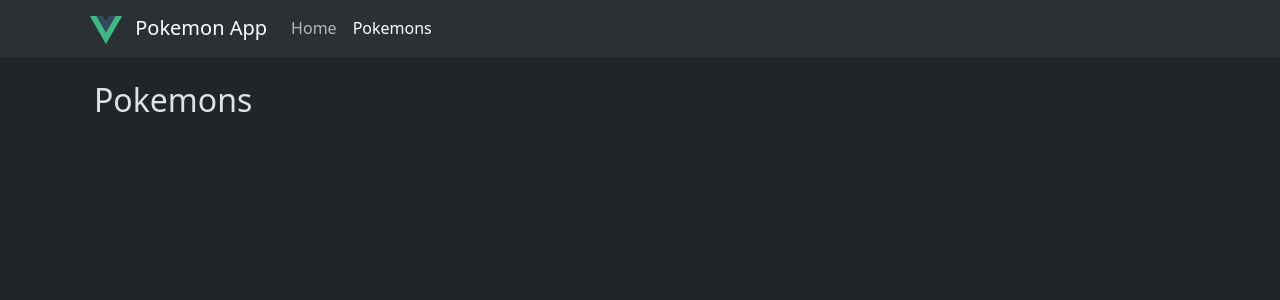
Repository: jjdevzinho/curso-vue-pinia-com-ts-poke-api
Page: /pokemons
An editor plug-in stored every save of this project. The page is shown before and after the next save, followed by the edit.
The browser window is 1280 px wide. The pictures show the whole page.
The page's requests for data from a server got no answer. The project was rebuilt for these pictures with package versions that can differ from the ones it lists, and the page was loaded fresh each time. No one was signed in, and anything a server would have sent is missing. Also part of the build but not shown: vite.config.ts, src/views/HomeView.vue.

Above is the page before, as saved 2024-10-13 20:33:00.

### index.html
<!doctype html>
<html lang="en" data-bs-theme="dark">
  <head>
    <meta charset="UTF-8" />
    <link rel="icon" href="/favicon.ico" />
    <meta name="viewport" content="width=device-width, initial-scale=1.0" />
    <title>Vite App</title>
    <link
      href="https://cdn.jsdelivr.net/npm/bootstrap@5.3.3/dist/css/bootstrap.min.css"
      rel="stylesheet"
      integrity="sha384-QWTKZyjpPEjISv5WaRU9OFeRpok6YctnYmDr5pNlyT2bRjXh0JMhjY6hW+ALEwIH"
      crossorigin="anonymous"
    />
  </head>
  <body>
    <div id="app"></div>
    <script type="module" src="/src/main.ts"></script>
  </body>
</html>

### src/App.vue
<script setup lang="ts">
import { RouterLink, RouterView } from 'vue-router'
</script>

<template>
  <header>
    <nav class="navbar navbar-expand-lg bg-body-tertiary">
      <div class="container">
        <RouterLink to="/" class="navbar-brand" exact>
          <img
            alt="Vue logo"
            class="logo"
            src="@/assets/logo.svg"
            width="48"
            height="28"
          />
          Pokemon App
        </RouterLink>
        <button
          class="navbar-toggler"
          type="button"
          data-bs-toggle="collapse"
          data-bs-target="#navbarNav"
          aria-controls="navbarNav"
          aria-expanded="false"
          aria-label="Toggle navigation"
        >
          <span class="navbar-toggler-icon"></span>
        </button>
        <div class="collapse navbar-collapse" id="navbarNav">
          <ul class="navbar-nav">
            <li class="nav-item">
              <RouterLink to="/" exact class="nav-link">Home</RouterLink>
            </li>
            <li class="nav-item">
              <RouterLink to="/pokemons" class="nav-link">Pokemons</RouterLink>
            </li>
          </ul>
        </div>
      </div>
    </nav>
  </header>
  <main class="container p-4">
    <RouterView />
  </main>
</template>

### src/router/index.ts
import { createRouter, createWebHistory } from 'vue-router'
import HomeView from '../views/HomeView.vue'

const router = createRouter({
  history: createWebHistory(import.meta.env.BASE_URL),
  linkActiveClass: 'active',
  routes: [
    {
      path: '/',
      name: 'home',
      component: HomeView,
    },
    {
      path: '/about',
      name: 'about',
      component: () => import('../views/AboutView.vue'),
    },
    {
      path: '/pokemons',
      name: 'about',
      component: () => import('../views/PokemonListView.vue'),
    },
    {
      path: '/pokemons/:name',
      name: 'pokemon',
      component: () => import('../views/PokemonView.vue'),
    },
    {
      path: '/:pathMatch(.*)*',
      name: 'not-found',
      component: () => import('../views/NotFoundView.vue'),
    },
  ],
})

export default router

### src/views/PokemonListView.vue
<script setup lang="ts">
import axios from 'axios'
import { ref } from 'vue'

interface Pokemon {
  name: string
  url: string
}

const pokemons = ref<Pokemon[]>([])

const getData = async () => {
  try {
    const { data } = await axios.get('https://pokeapi.co/api/v2/pokemon')
    pokemons.value = data.results as Pokemon[]
  } catch (error) {
    console.error(error)
  }
}

getData()
</script>

<template>
  <h2>Pokemons</h2>
  <ul class="">
    <li v-for="pokemon in pokemons" :key="pokemon.name">
      <RouterLink :to="`/pokemons/${pokemon.name}`">
        {{ pokemon.name }}
      </RouterLink>
    </li>
  </ul>
</template>

### src/composables/getData.ts
import axios from 'axios'
import { ref } from 'vue'

interface Pokemon {
  name: string
  url: string
}

const pokemons = ref<Pokemon[]>([])

export const useGetData = () => {
  const data = ref<Pokemon[]>([])
  const loading = ref<boolean>(false)
  const getData = async (url: string) => {
    try {
      const { data } = await axios.get(url)
      pokemons.value = data.results as Pokemon[]
    } catch (error) {
      console.error(error)
    }
  }

  return { data, loading, getData }
}

Loaded but not shown: src/main.ts (common file)

After the next save:
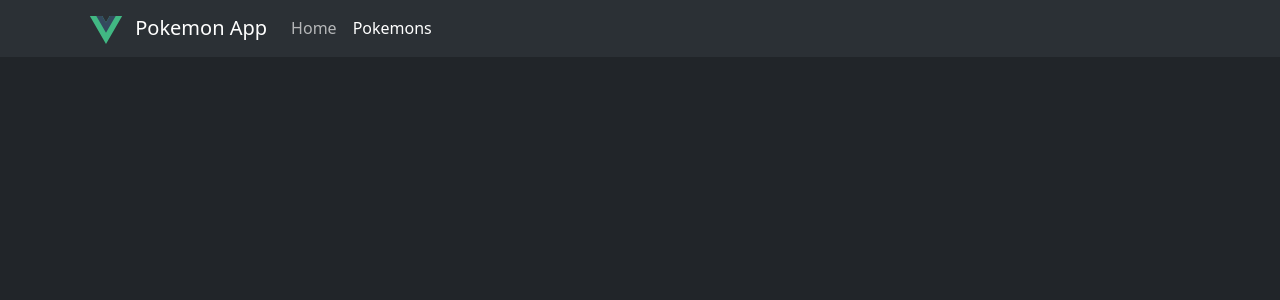
Console error: ReferenceError: getData is not defined
Saved 112 s later.
--- a/src/views/PokemonListView.vue
+++ b/src/views/PokemonListView.vue
@@ -1,22 +1,21 @@
 <script setup lang="ts">
-import axios from 'axios'
-import { ref } from 'vue'
+import { data } from '@Composables/getData.ts'
 
-interface Pokemon {
-  name: string
-  url: string
-}
+// interface Pokemon {
+//   name: string
+//   url: string
+// }
 
-const pokemons = ref<Pokemon[]>([])
+// const pokemons = ref<Pokemon[]>([])
 
-const getData = async () => {
-  try {
-    const { data } = await axios.get('https://pokeapi.co/api/v2/pokemon')
-    pokemons.value = data.results as Pokemon[]
-  } catch (error) {
-    console.error(error)
-  }
-}
+// const getData = async () => {
+//   try {
+//     const { data } = await axios.get('https://pokeapi.co/api/v2/pokemon')
+//     pokemons.value = data.results as Pokemon[]
+//   } catch (error) {
+//     console.error(error)
+//   }
+// }
 
 getData()
 </script>

After the save that followed:
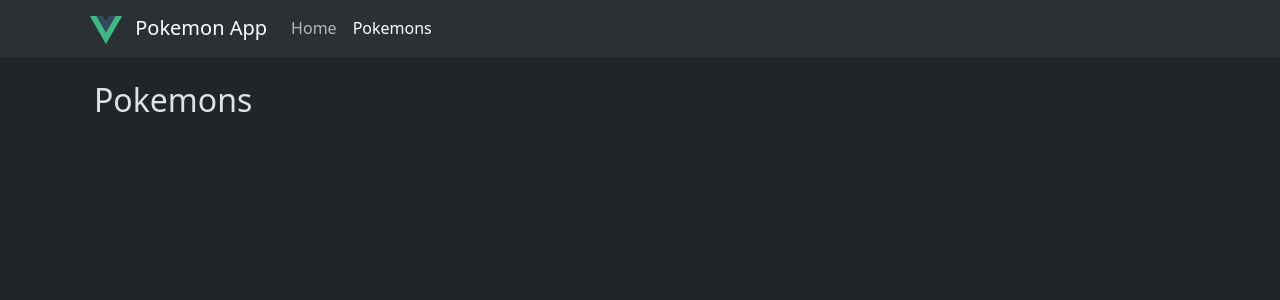
The error is gone.
Saved 5 min 52 s later.
--- a/src/views/PokemonListView.vue
+++ b/src/views/PokemonListView.vue
@@ -1,32 +1,21 @@
 <script setup lang="ts">
-import { data } from '@Composables/getData.ts'
+import { useGetData } from '@/composables/getData'
 
-// interface Pokemon {
-//   name: string
-//   url: string
-// }
+const { data, getData, loading } = useGetData()
 
-// const pokemons = ref<Pokemon[]>([])
-
-// const getData = async () => {
-//   try {
-//     const { data } = await axios.get('https://pokeapi.co/api/v2/pokemon')
-//     pokemons.value = data.results as Pokemon[]
-//   } catch (error) {
-//     console.error(error)
-//   }
-// }
-
-getData()
+getData('https://pokeapi.co/api/v2/pokemon')
 </script>
 
 <template>
   <h2>Pokemons</h2>
-  <ul class="">
-    <li v-for="pokemon in pokemons" :key="pokemon.name">
-      <RouterLink :to="`/pokemons/${pokemon.name}`">
-        {{ pokemon.name }}
-      </RouterLink>
-    </li>
-  </ul>
+  <p v-if="loading">loading...</p>
+  <div v-if="data">
+    <ul class="">
+      <li v-for="pokemon in data.results" :key="pokemon.name">
+        <RouterLink :to="`/pokemons/${pokemon.name}`">
+          {{ pokemon.name }}
+        </RouterLink>
+      </li>
+    </ul>
+  </div>
 </template>
